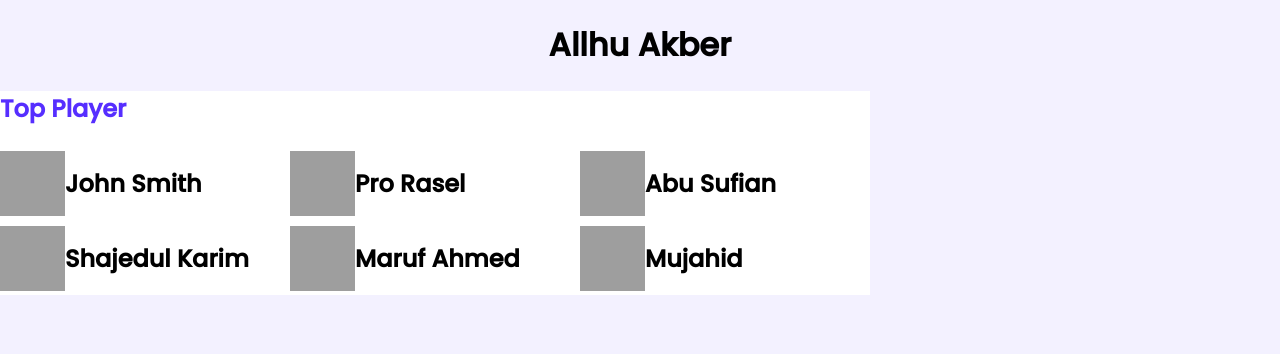
Repository: zjria/leader-board
Page: index.html
An editor plug-in stored every save of this project. The page is shown before and after the next save, followed by the edit.
The browser window is 1280 px wide. The pictures show the whole page.
Pictures or frames that could not be fetched are drawn as grey boxes.

Above is the page before, as saved 2022-09-03 09:16:36.

After the next save:
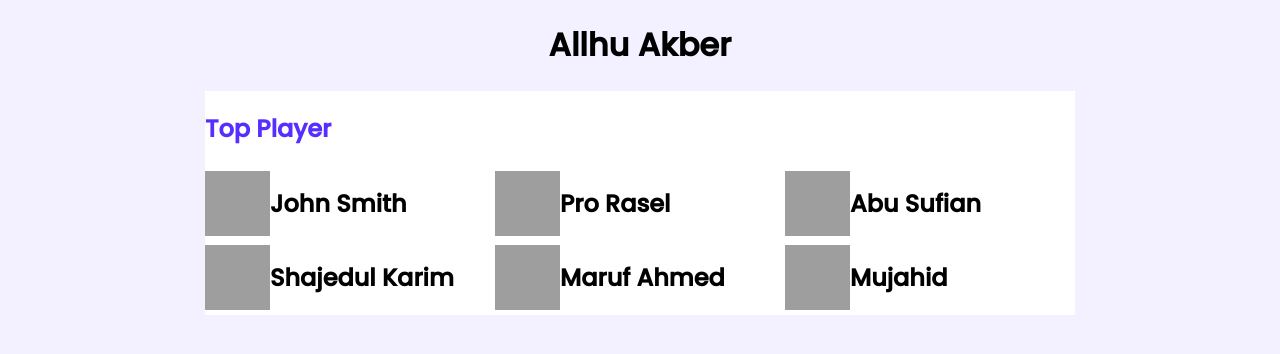
Saved 8 min 29 s later.
--- a/style/style.css
+++ b/style/style.css
@@ -16,6 +16,11 @@ body {
 }
 
 /* Top Players Section */
+main {
+    display: flex;
+    justify-content: center;
+}
+
 .section-title {
     color: #562EFF;
     font-size: 24px;
